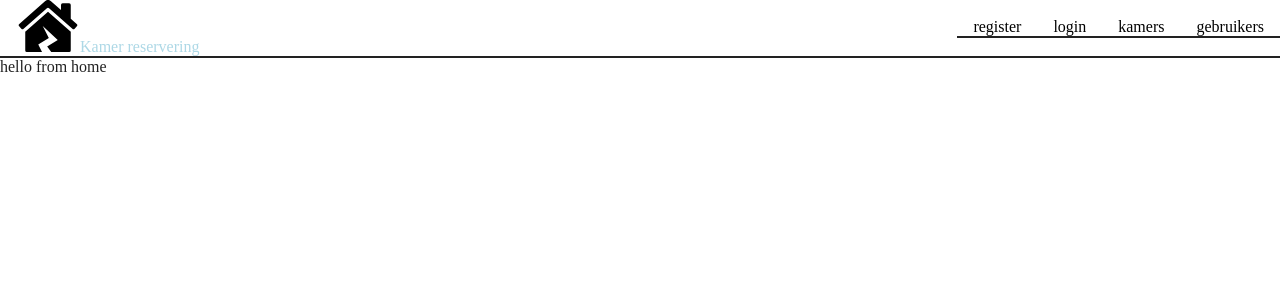
Repository: jomarderrie/kamerreserveringfrontend
Page: /
These files come from the project's save history. The page is drawn as it stood at one moment and after the next save; the edit follows.
The browser window is 1280 px wide. The pictures show the whole page.
The project was rebuilt for these pictures with package versions that can differ from the ones it lists, and the page was loaded fresh each time. Also part of the build but not shown: src/components/Loading.js, src/styled/globals/AuthBoxContainer.js, src/functions/auth.js, src/components/auth/SignUpForm.js, src/pages/auth/Register.js, src/functions/kamers.js, src/components/kamer/KamerCard.js, src/pages/kamer/Kamers.js and 7 more.

Above is the page before, as saved 2021-10-28 12:09:40.

### src/index.js
import React from 'react';
import ReactDOM from 'react-dom';

import App from './App';
import { AuthProvider } from "./context/AuthContext";
import { BrowserRouter as Router } from 'react-router-dom';
import KamerProvider from './context/KamersContext';
import { GlobalsStyle } from './styled/GlobalStyle';

ReactDOM.render(
    <KamerProvider>
        <AuthProvider>
            <Router>
                <GlobalsStyle></GlobalsStyle>
                <App />
            </Router>
        </AuthProvider>
    </KamerProvider>
    ,
    document.getElementById('root')
);

// If you want to start measuring performance in your app, pass a function
// to log results (for example: reportWebVitals(console.log))
// or send to an analytics endpoint. Learn more: https://bit.ly/CRA-vitals

### src/App.js
import React, { lazy, Suspense } from "react";
import { Route, Switch,browserHistory } from "react-router-dom";
import Home from "./pages/Home";
import Loading from "./components/Loading";
import Navbar from "./components/navbar/Navbar";
import Register from "./pages/auth/Register";
import Kamers from "./pages/kamer/Kamers";
import SingleKamer from "./pages/kamer/SingleKamer";
import Login from "./pages/auth/Login";
import {ToastContainer} from "react-toastify";
import "react-toastify/dist/ReactToastify.css";
import EditSingleKamer from "./pages/kamer/EditSingleKamer";
import MaakNieuweKamer from "./pages/kamer/MaakNieuweKamer";


// const Home = lazy(() => import("./pages/Home"));
//
// const Loading = lazy(() => import("./components/Loading"));

function App() {

    return (
        <Suspense fallback={Loading}>

                <Navbar />
                <ToastContainer/>
                <Switch>
                    <Route exact path="/" component={Home} />
                    <Route exact path="/register" component={Register} />
                    <Route exact path="/login" component={Login} />
                    <Route exact path="/kamers" component={Kamers} />
                    <Route exact path="/kamer/new" component={MaakNieuweKamer} />
                    <Route exact path="/kamer/:naam" component={SingleKamer} />
                    <Route exact path="/kamer/:naam/edit" component={EditSingleKamer} />

                </Switch>

        </Suspense>
    );
}

export default App;

### src/context/AuthContext.js
import React, { useContext, useState } from 'react'

export const AuthContext = React.createContext()


export function AuthProvider({ children }) {
    const [user, setUser] = useState({})




    return (
        <AuthContext.Provider value={{ user, setUser }}>
            {children}
        </AuthContext.Provider>
    )
}

### src/context/KamersContext.js
import React, {useContext,useState} from 'react'

export const KamersContext = React.createContext()


export default function KamerProvider({children}) {
    const [kamers,setKamers] = useState([]);
    return (
        <KamersContext.Provider value={{kamers,setKamers}}>
            {children}
        </KamersContext.Provider>
    )
}

### src/styled/GlobalStyle.js
import {createGlobalStyle} from 'styled-components';
import {setColor, setFont, setRem} from "./styles"

export const GlobalsStyle = createGlobalStyle`
  @import url('https://fonts.googleapis.com/css2?family=Courgette&family=Lato:wght@700&display=swap');

  * {
    margin: 0;
    padding: 0;
    box-sizing: border-box;
  }

  body {
    font-size: 100%;
    color: ${setColor.mainBlack};
    background: #${setColor.mainWhite};
    ${setFont.main};
   margin:0px;
  }

  h1 {
    font-size: 3em;
    line-height: 1.2;
    margin-bottom: 0.5em;
  }

  h2 {
    font-size: 2em;;
    margin-bottom: 0.75em;
  }

  h3 {
    font-size: 1.5em;
    line-height: 1;
    margin-bottom: 1em;
  }

  h4 {
    font-size: 1.2em;
    line-height: 1.2;
    margin-bottom: 1.25em;
    font-weight: bold;
  }

  h5 {
    font-size: 1em;
    margin-bottom: 1.5em;
    font-weight: bold;
  }

  h6 {
    font-size: 1em;
    font-weight: bold;
  }

  p {
    line-height: 1.5;
    margin: 0 0 1.5 0;
  }`;

### src/pages/Home.js
import React, {Component} from 'react';

class Home extends Component {
    render() {
        return (
            <div>
                hello from home
            </div>
        );
    }
}

export default Home;

### src/components/navbar/Navbar.js
import React, {Component} from 'react';
import {FlexBox} from "../../styled/styles";
import {Image} from "../../styled/Image";
import Logo from "../../images/logo.svg";
import {Link} from "react-router-dom";
import styled from "styled-components"
import {StyledRouterLink} from '../../styled/globals/StyledRouterLink';
import { LinkFlexBoxContainer, StyledFlexBoxContainer } from '../../styled/globals/StyledFlexBoxContainer';
const Navbar = () => {
    return (
        <StyledFlexBoxContainer className="link-box-container" x="space-between">
            <StyledRouterLink  to={"/"}>
            <Image logo={Logo} width={64} height={52}/>
                Kamer reservering
            </StyledRouterLink>
            <LinkFlexBoxContainer>
                <StyledRouterLink to={"/register"} >
                    register
                </StyledRouterLink>
                <StyledRouterLink to={"/login"}>
                    login
                </StyledRouterLink>
                <StyledRouterLink to={"/kamers"}>
                    kamers
                </StyledRouterLink>
                <StyledRouterLink to={"/gebruikers"}>
                    gebruikers
                </StyledRouterLink>
            </LinkFlexBoxContainer>
        </StyledFlexBoxContainer>

    );
}


//  =>(

// )`
// .link-box-container{
//     border-bottom-color: rgba(140, 130, 115, 0.12);
//     border-bottom: 2px solid;
// }
// `


export default Navbar;

### src/styled/styles.js
import {css, keyframes} from 'styled-components';
import styled from 'styled-components'

export const setColor = {
    primaryColor: '#af9a7d',
    mainWhite: '#fff',
    mainBlack: '#222',
    mainGrey: 'ececec',
    lightGrey: '#f7f7f7'
};

export const setFont = {
    main: "font-family: 'Courgette', cursive;",
    slanted: "	font-family: 'Lato', sans-serif;"
};



export const FlexBox = styled.div`
${(props) => setFlex({x: props.x, y: props.y, z: props.z})}
`



export const setFlex = ({x = 'center', y = 'center', z = 'row'} = {}) => {
    return `
    display:flex;
    align-items:${y};
    justify-content:${x};
    flex-direction:${z};
    `;
};

export const setBackground = (
    {
        img = 'https://images.pexels.com/photos/258154/pexels-photo-258154.jpeg?auto=compress&cs=tinysrgb&h=750&w=1260',
        color = 'rgba(0, 0, 0, 0)'
    } = {}
) => {
    return `background: linear-gradient(${color}, ${color}),
	url(${img}) no-repeat center/cover fixed;`;
};

export const setRem = (number = 16) => {
    return `${number / 16}rem`;
};

export const setLetterSpacing = (number = 2) => {
    return `letter-spacing:${number}px`;
};

export const setBorder = ({width = '2px', style = 'solid', color = 'black'} = {}) => {
    return `border:${width} ${style} ${color}`;
};

const sizes = {
    ultraLarge: 1600,
    large: 1200,
    desktop: 992,
    tablet: 768,
    phone: 576
};

// Iterate through the sizes and create a media template
export const media = Object.keys(sizes).reduce((acc, label) => {
    acc[label] = (...args) => css`@media (min-width: ${sizes[label] / 16}em) {
      ${css(...args)}
    }`;

    return acc;
}, {});

export const setFadeIn = (start, point, end) => {
    const animation = keyframes`
      0% {
        opacity: 0;
        transform: translateY(${start});
      }
      50% {
        opacity: 0.5;
        transform: translateY(${point});
      }
      100% {
        opacity: 1;
        transform: translateY(${end});
      }
    `;
    return css`
      animation: ${animation} 3s ease-in-out 1;
    `;
};

export const setTransition = ({property = 'all', time = '0.3s', timing = 'ease-in-out'} = {}) => {
    return `transition:${property} ${time} ${timing}`;
};
export const setShadow = {
    light: 'box-shadow: 3px 3px 5px 0px rgba(0,0,0,0.75)',
    dark: 'box-shadow: 6px 6px 5px 0px rgba(0,0,0,0.75)',
    darkest: 'box-shadow: 10px 10px 5px 0px rgba(0,0,0,0.75)'
};

### src/styled/Image.js
import React from 'react'
import styled from "styled-components";

export const Image = ({logo,height='auto', width}) => {
    return (<img src={logo} height={height} width={width}/>)

}

### src/styled/globals/StyledRouterLink.js
import styled from 'styled-components';

import React, {Component} from 'react';
import {Link, NavLink} from "react-router-dom";
import {setRem} from "../styles";

export const StyledRouterLink = ({p, to, linkName, children}) => {

    return (
        <div className={p}>
            <NavLink2 to={to} className={p}>
                {linkName}
                {children}
            </NavLink2>
        </div>
    );
}

export const NavLink2 = styled(NavLink)`
  padding: 4rem 1rem;

  color: black;
  text-decoration: none;

  &:hover {
    color: lightblue;
  }

`;

export const StyledRouterLinkWrapper = styled(StyledRouterLink)`
  text-decoration: none;
  font-weight: bolder;
  color: black;
  .home-link {
    background: green;
  }
`
export default StyledRouterLinkWrapper;

### src/styled/globals/StyledFlexBoxContainer.js
import styled from "styled-components"
import {FlexBox} from "../styles"
export const LinkFlexBoxContainer = ({className, children, x}) => {
    return (
        <StyledFlexBoxContainer className={className}
            x={x}>
            {children} </StyledFlexBoxContainer>
    )
}
export const StyledFlexBoxContainer = styled(FlexBox)`

        border-bottom-color: rgba(140, 130, 115, 0.12);
     border-bottom: 2px solid;

       }
    `

Loaded but not shown: public/index.html (common file)

After the next save:
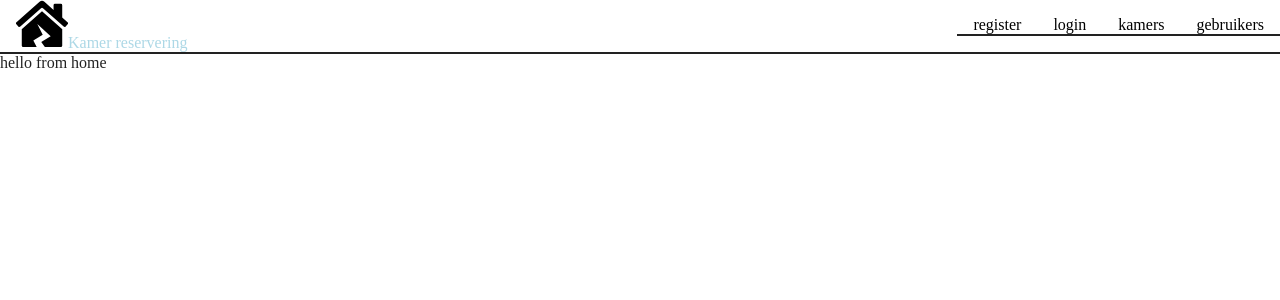
Saved 51 min 26 s later.
--- a/src/components/navbar/Navbar.js
+++ b/src/components/navbar/Navbar.js
@@ -10,7 +10,7 @@ const Navbar = () => {
     return (
         <StyledFlexBoxContainer className="link-box-container" x="space-between">
             <StyledRouterLink  to={"/"}>
-            <Image logo={Logo} width={64} height={52}/>
+            <Image logo={Logo} width={52} height={48}/>
                 Kamer reservering
             </StyledRouterLink>
             <LinkFlexBoxContainer>
